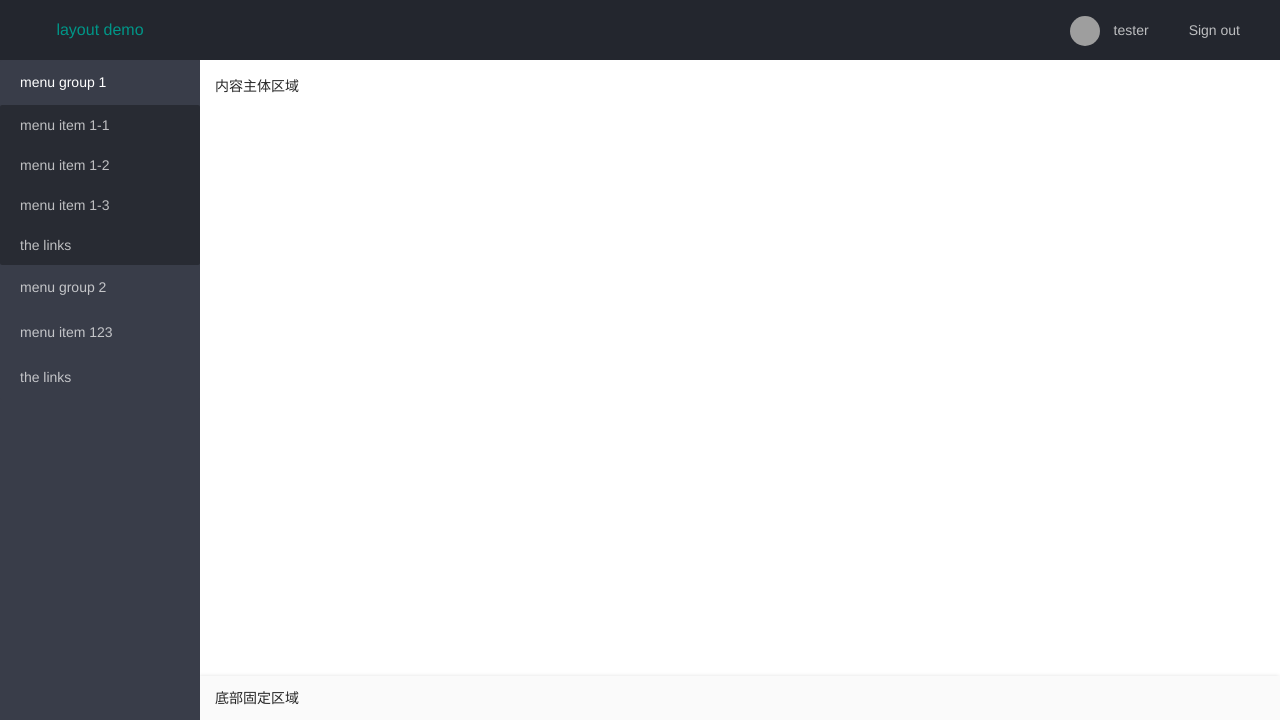
Repository: 1zhoukexin/web_aad
Page: index.html
The author's editor kept a copy of each file at every save. The page is drawn from the files as they stood at one save, then again after the next save.
The browser window is 1280 px wide. The pictures show the whole page.
Pictures or frames that could not be fetched are drawn as grey boxes.

Above is the page before, as saved 2021-04-16 19:34:06.

After the next save:
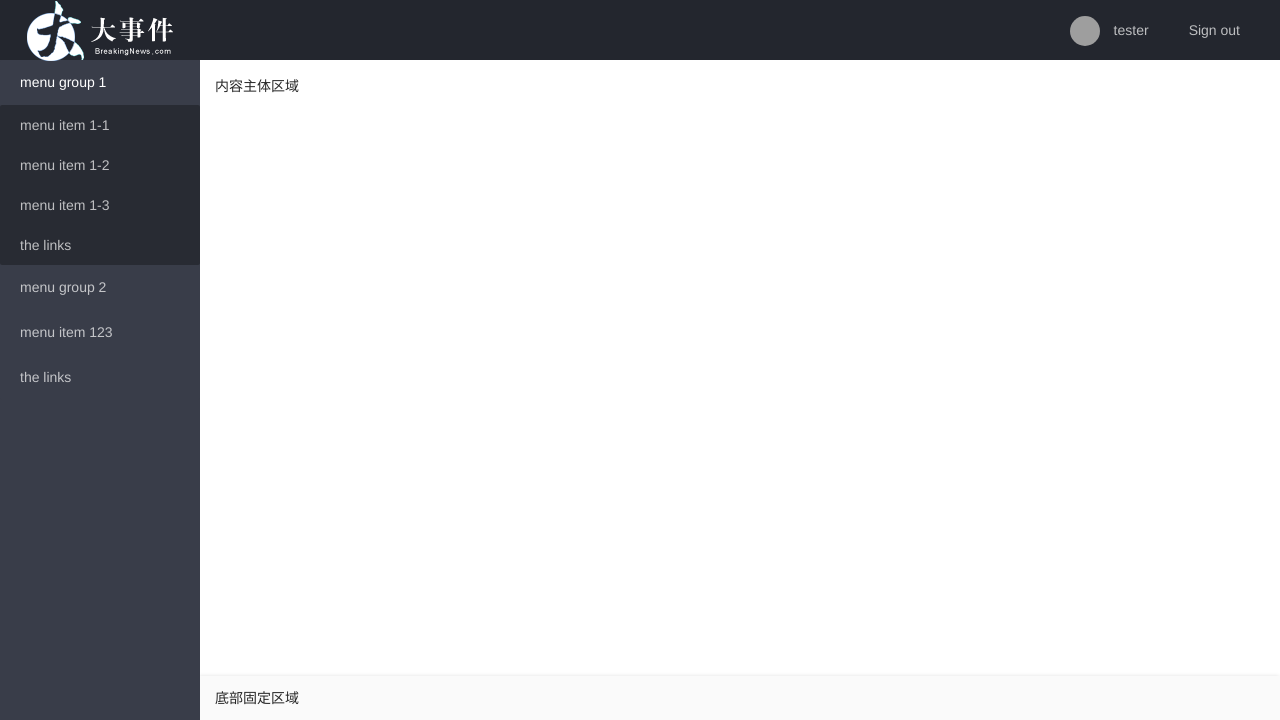
Saved 37 s later.
--- a/index.html
+++ b/index.html
@@ -11,7 +11,9 @@
 <body>
     <div class="layui-layout layui-layout-admin">
         <div class="layui-header">
-            <div class="layui-logo">layout demo</div>
+            <div class="layui-logo">
+                <img src="/assets/images/logo.png" alt="">
+            </div>
             <!-- 头部区域（可配合layui 已有的水平导航） -->
 
             <ul class="layui-nav layui-layout-right">
